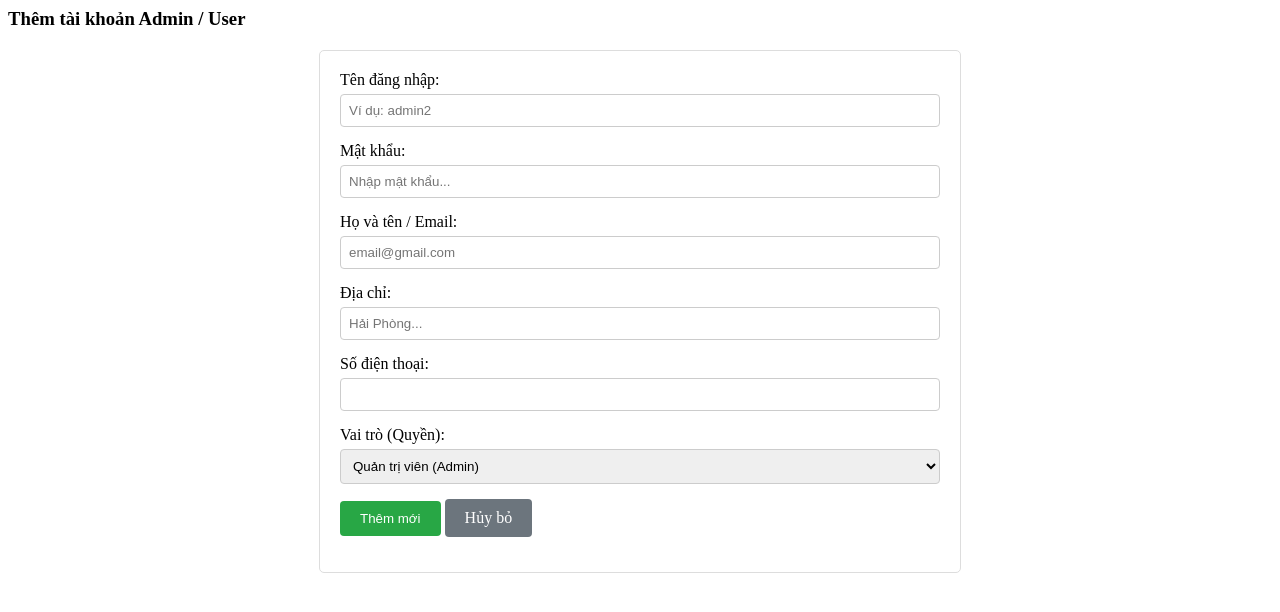
Repository: ThuanDepzai03/Du-An
Page: http://localhost/admin/views/addAdmin.php
The author's editor kept a copy of each file at every save. The page is drawn from the files as they stood at one save, then again after the next save.
The browser window is 1280 px wide. The pictures show the whole page.
The page is run by PHP 8.4 with error messages shown; the project is at /var/www/html/.

Above is the page before, as saved 2025-12-05 16:49:09.

### admin/views/addAdmin.php
<div class="main-content">
    <h3 class="title-page">Thêm tài khoản Admin / User</h3>

    <form action="index.php?action=storeuser" method="POST" class="form-add">
        <div class="form-group">
            <label>Tên đăng nhập:</label>
            <input type="text" name="user" class="form-control" required placeholder="Ví dụ: admin2">
        </div>

        <div class="form-group">
            <label>Mật khẩu:</label>
            <input type="password" name="pass" class="form-control" required placeholder="Nhập mật khẩu...">
        </div>

        <div class="form-group">
            <label>Họ và tên / Email:</label>
            <input type="email" name="email" class="form-control" required placeholder="email@gmail.com">
        </div>

        <div class="form-group">
            <label>Địa chỉ:</label>
            <input type="text" name="address" class="form-control" placeholder="Hải Phòng...">
        </div>

        <div class="form-group">
            <label>Số điện thoại:</label>
            <input type="text" name="tel" class="form-control">
        </div>

        <div class="form-group">
            <label>Vai trò (Quyền):</label>
            <select name="role" class="form-control">
                <option value="0">Khách hàng (User)</option>
                <option value="1" selected>Quản trị viên (Admin)</option>
            </select>
        </div>

        <div class="form-group mt-3">
            <button type="submit" name="btn_add" class="btn btn-primary">Thêm mới</button>
            <a href="index.php" class="btn btn-secondary">Hủy bỏ</a>
        </div>
    </form>
</div>

<style>
    .form-add {
        max-width: 600px;
        margin: 20px auto;
        padding: 20px;
        border: 1px solid #ddd;
        background: #fff;
        border-radius: 5px;
    }

    .form-group {
        margin-bottom: 15px;
    }

    .form-control {
        width: 100%;
        padding: 8px;
        margin-top: 5px;
        border: 1px solid #ccc;
        border-radius: 4px;
        box-sizing: border-box;
    }

    .btn {
        padding: 10px 20px;
        cursor: pointer;
        border: none;
        border-radius: 4px;
        color: white;
        text-decoration: none;
        display: inline-block;
    }

    .btn-primary {
        background: #28a745;
    }

    .btn-secondary {
        background: #6c757d;
    }
</style>

After the next save:
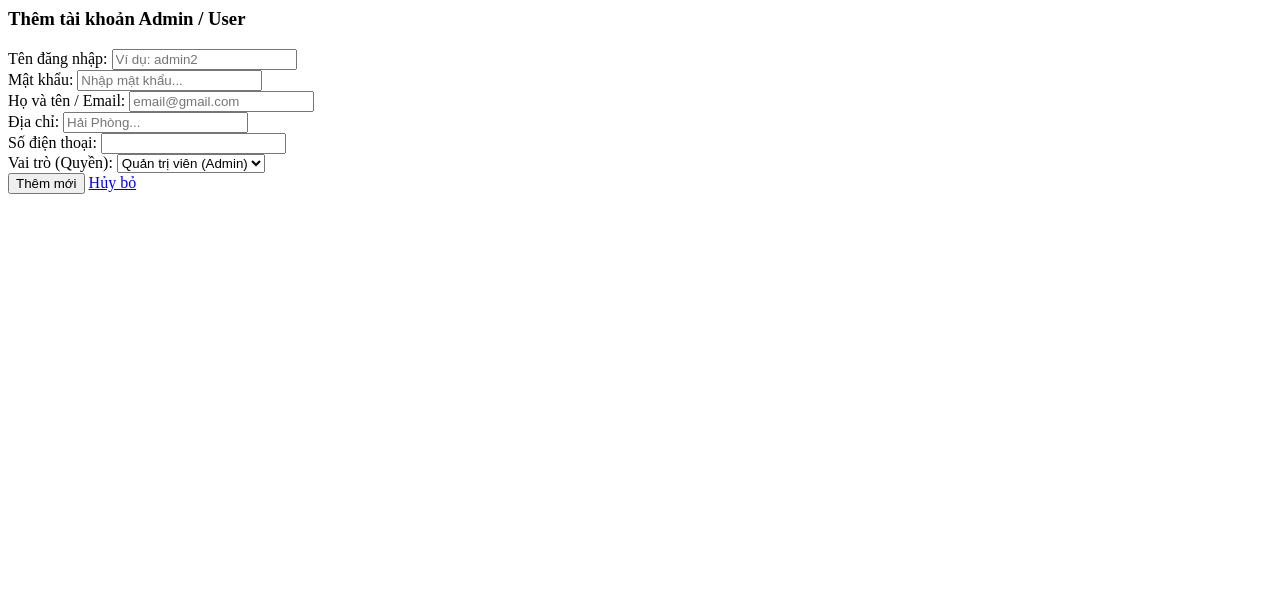
Saved 7 min 23 s later.
--- a/admin/views/addAdmin.php
+++ b/admin/views/addAdmin.php
@@ -43,43 +43,5 @@
 </div>
 
 <style>
-    .form-add {
-        max-width: 600px;
-        margin: 20px auto;
-        padding: 20px;
-        border: 1px solid #ddd;
-        background: #fff;
-        border-radius: 5px;
-    }
 
-    .form-group {
-        margin-bottom: 15px;
-    }
-
-    .form-control {
-        width: 100%;
-        padding: 8px;
-        margin-top: 5px;
-        border: 1px solid #ccc;
-        border-radius: 4px;
-        box-sizing: border-box;
-    }
-
-    .btn {
-        padding: 10px 20px;
-        cursor: pointer;
-        border: none;
-        border-radius: 4px;
-        color: white;
-        text-decoration: none;
-        display: inline-block;
-    }
-
-    .btn-primary {
-        background: #28a745;
-    }
-
-    .btn-secondary {
-        background: #6c757d;
-    }
 </style>
